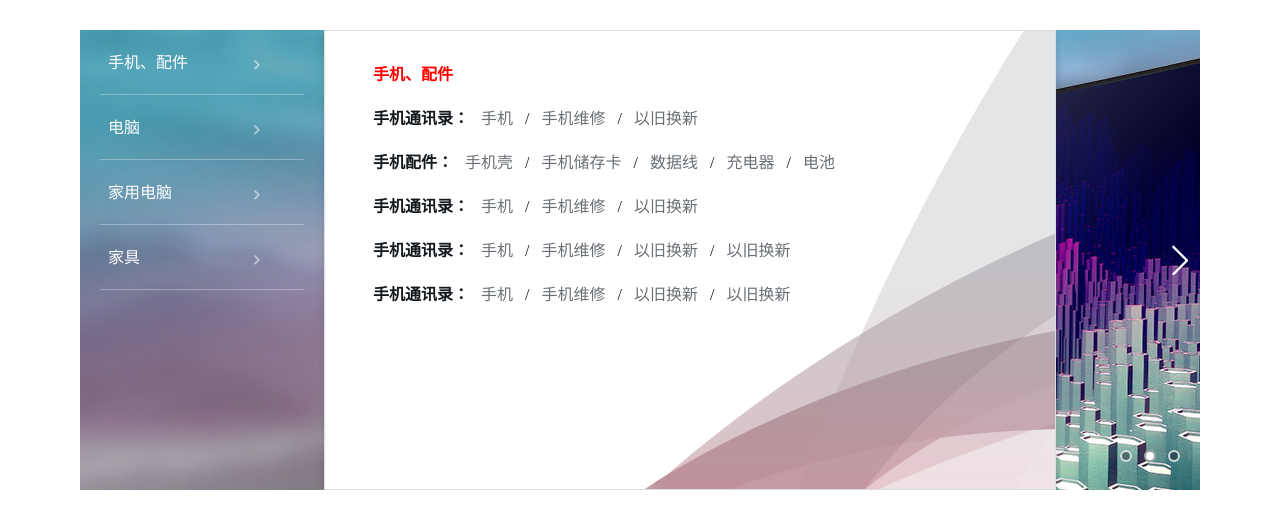
Repository: zhenzhen-gong/JSslider
Page: index.html
An editor plug-in stored every save of this project. The page is shown before and after the next save, followed by the edit.
The browser window is 1280 px wide. The pictures show the whole page.

Above is the page before, as saved 2020-06-06 19:03:38.

### index.html
<!DOCTYPE html>
<html lang="en">

<head>
    <meta charset="UTF-8">
    <meta name="viewport" content="width=device-width, initial-scale=1.0">
    <title>JS实现轮播图</title>
    <link rel="stylesheet" href="style.css">
    <script src="js.js"></script>
</head>

<body>
    <div class="main" id="main">
        <!-- 导航栏 -->
        <div class="menu-box">
            <div class="menu-title">
                <a href="#">
                    <span class="text">手机、配件</span><span class="ico">&#xe665;</span>
                </a>
            </div>
            <div class="menu-title">
                <a href="#">
                    <span class="text">电脑</span><span class="ico">&#xe665;</span>
                </a>
            </div>
            <div class="menu-title">
                 <a href="#">
                    <span class="text">家用电脑</span><span class="ico">&#xe665;</span>
                </a>
            </div>
            <div class="menu-title">
                <a href="#">
                    <span class="text">家具</span><span class="ico">&#xe665;</span>
                </a>
            </div>
        </div>
        <!-- 子菜单 -->
        <div class="menu-content">
            <!-- 每个一级menu对应的内容 -->
            <div class="content-box">
                <h4>手机、配件</h4>
                <ul>
                    <li>
                        <span class="title">手机通讯录：</span>
                        <a href="#">手机</a>
                        <span>/</span>
                        <a href="#">手机维修</a>
                        <span>/</span>
                        <a href="#">以旧换新</a>
                    </li>
                    <li>
                        <span class="title">手机配件：</span>
                        <a href="#">手机壳</a>
                        <span>/</span>
                        <a href="#">手机储存卡</a>
                        <span>/</span>
                        <a href="#">数据线</a>
                        <span>/</span>
                        <a href="#">充电器</a>
                        <span>/</span>
                        <a href="#">电池</a>
                    </li>
                    <li>
                        <span class="title">手机通讯录：</span>
                        <a href="#">手机</a>
                        <span>/</span>
                        <a href="#">手机维修</a>
                        <span>/</span>
                        <a href="#">以旧换新</a>
                    </li>
                    <li>
                        <span class="title">手机通讯录：</span>
                        <a href="#">手机</a>
                        <span>/</span>
                        <a href="#">手机维修</a>
                        <span>/</span>
                        <a href="#">以旧换新</a>
                        <span>/</span>
                        <a href="#">以旧换新</a>
                    </li>
                    <li>
                        <span class="title">手机通讯录：</span>
                        <a href="#">手机</a>
                        <span>/</span>
                        <a href="#">手机维修</a>
                        <span>/</span>
                        <a href="#">以旧换新</a>
                        <span>/</span>
                        <a href="#">以旧换新</a>
                    </li>
                </ul>
            </div>
        </div>
        <!-- 图片轮播 -->
        <div class="slider" id="slider">
            <a href="">
                <div class="img img1 img-active"></div>
            </a>
            <a href="">
                <div class="img img2"></div>
            </a>
            <a href="">
                <div class="img img3"></div>
            </a>
        </div>
        <!-- 左右箭头 -->
        <span class="button left" id="pre"></span>
        <span class="button right" id="next"></span>
        <!-- 圆点切换 -->
        <div class="circle" id="circle">
            <span class="active"></span>
            <span></span>
            <span></span>
        </div>
        <div class="nav"></div>
        <div class="content"></div>
    </div>
</body>

</html>

### style.css
*{
    margin: 0;
    padding: 0;
}
ul{
    list-style: none;
}
@font-face {font-family: 'iconfont';
    src: url('../img/font/iconfont.eot');
    src: url('../img/font/iconfont.eot') format('embedded-opentype'),
    url('../img/font/iconfont.woff') format('woff'),
    url('../img/font/iconfont.ttf') format('truetype'),
    url('../img/font/iconfont.svg#iconfont') format('svg');
}
body{
    font-family: "微软雅黑";
    color: #14191e;
}
.main{
    position: relative;
    width: 1120px;
    height: 460px;
    margin: 30px auto;
    overflow: hidden;
}
.slider{
    position: relative;
    width: 1120px;
    height: 460px;
}
.img{
    position: absolute;
    width: 1120px;
    height: 460px;
    background-repeat: no-repeat;
    overflow: hidden;
    display: none;
}
.img1{
    background-image: url(img/bg1.jpg);
}
.img2{
    background-image: url(img/bg2.jpg);
}
.img3{
    background-image: url(img/bg3.jpg);
}
.img-active{
    display: block;
}
.button{
    position: absolute;
    width: 40px;
    height: 80px;
    left: 244px;
    top: 50%;
    margin-top: -40px;
    background:url(img/arrow.png) no-repeat center center ;
}
.button:hover{
    background-color: #333;
    opacity: 0.3;
    filter: alpha(opacity=80);/*是为了解决兼容问题，属于css3的filter属性*/
}
.right{
    left: auto;
    right: 0;
}
.left{
    transform: rotate(180deg);
}
.circle{
    position: absolute;
    right: 20px;
    bottom: 24px;
}
.circle span{
    display: inline-block;
    height: 12px;
    width: 12px;
    border-radius: 50%;
    background-color: rgba(7, 17, 27, 0.4);
    margin-left: 8px;
    box-shadow: 0 0 0 2px rgba(255, 255, 255, 0.8) inset;
    cursor: pointer;
}
.circle span.active{
    background-color: #ffffff;
    box-shadow: 0 0 0 2px rgba(7, 17, 27, 0.4) inset;
}
.menu-box{
    position: absolute;
    left: 0;
    top: 0;
    z-index: 1;
    width: 244px;
    height: 460px;
    background-color: rgba(7, 17, 27, 0.3);
}
.menu-title{
    position: relative;
    padding: 0 8px;
    margin: 0 20px;
    border-bottom: 1px solid rgba(255, 255, 255, 0.3);
    height: 64px;
    line-height: 66px;
}
.menu-title a{
    text-decoration: none;
    color: #5e5e5e;
    font-size: 16px;
    color: #ffffff;
}
.menu-title .ico{
    position: absolute;
    right: 32px;
    top: 2px;
    font-size: 30px;
    font-family: "iconfont";
    color: rgba(255, 255, 255, 0.5);
}
.menu-content{
    position: absolute;
    left: 244px;
    top: 0;
    width: 730px;
    height: 458px;
    border: 1px solid #d9dde1;
    z-index: 1;
    box-shadow: 0 4px 8px 0 rgba(0, 0, 0, 0.1);
    background: url(img/fe.png) no-repeat;
}
.content-box{
    width: 100%;
    height: 100%;
    padding: 30px 40px;
    box-sizing: border-box;
}
.content-box h4{
    color: red;
    padding-left: 8px;
}
.content-box li{
    margin-top: 20px;
    overflow: hidden;
}
.content-box a{
    text-decoration: none;
    color: rgba(7, 17, 27,0.6);
}
.content-box .title{
    font-weight: bolder;
}
.content-box span{
    padding: 0 8px;
}

### js.js
window.onload = function () {
    function byId(id){
        return typeof(id) === "string"? document.getElementById(id):id;
      }
      var index = 0,
          timer =null,
          sliders = byId("slider").getElementsByTagName("div"),
          circles = byId("circle").getElementsByTagName("span"),
          len = sliders.length,
          pre = byId("pre"),
          next = byId("next")

     function imgSlider(){
         var main = byId("slider")
        //   鼠标移动到图片上方，图片停止切换
        main.onmouseover = function(){
          if(timer) clearInterval(timer)
        }
        // 鼠标移出图片区域时，图片继续滑动
        main.onmouseout = function(){
            timer = setInterval(function(){
                index++;
                if(index>=len){
                    index = 0;
                }
                // 切换图片
                changeImg()
            }, 3000);
        }
        main.onmouseout();
        //点击圆点切换图片
        // 1、找到所有圆点  并为每个圆点绑定click事件
        for(let i = 0;i<len;i++){
            circles[i].id = i
            circles[i].onclick = function(){
               index = i
                //2、调用切换图片的函数
            changeImg()
            }
        }
        // 给左右箭头绑定点击事件
        next.onclick = function(){
            index++;
            if(index>=len) index=0
            changeImg()
        }
        pre.onclick = function(){
            index--;
            if(index<0) index = len - 1
            changeImg()
        }
     }
     function changeImg(){
         // 当前图片的display属性为block，其他为none；
         for (let i = 0;i<len;i++){
             sliders[i].style.display = "none"
             circles[i].className = " " //清除所有小圆点上的类，在当前小圆点上增加active类名  实现点击哪个小圆点，那个小圆点的样式改变
         }
         sliders[index].style.display = "block"
         circles[index].className = "active"
     }
     imgSlider()
}

After the next save:
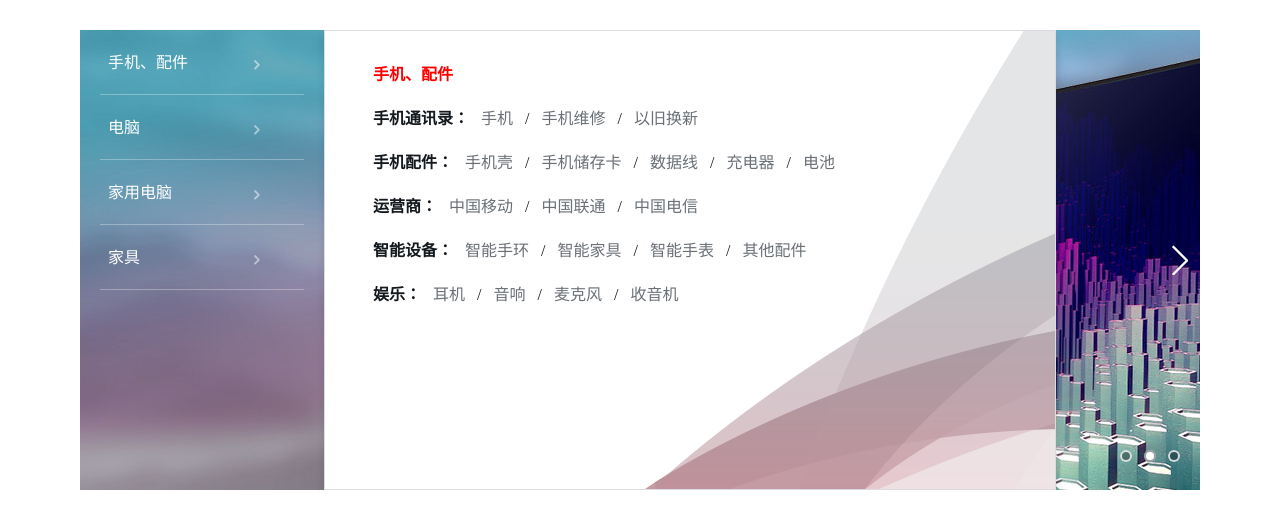
Saved 2 min 55 s later.
--- a/index.html
+++ b/index.html
@@ -61,32 +61,32 @@
                         <a href="#">电池</a>
                     </li>
                     <li>
-                        <span class="title">手机通讯录：</span>
-                        <a href="#">手机</a>
+                        <span class="title">运营商：</span>
+                        <a href="#">中国移动</a>
                         <span>/</span>
-                        <a href="#">手机维修</a>
+                        <a href="#">中国联通</a>
                         <span>/</span>
-                        <a href="#">以旧换新</a>
+                        <a href="#">中国电信</a>
                     </li>
                     <li>
-                        <span class="title">手机通讯录：</span>
-                        <a href="#">手机</a>
+                        <span class="title">智能设备：</span>
+                        <a href="#">智能手环</a>
                         <span>/</span>
-                        <a href="#">手机维修</a>
+                        <a href="#">智能家具</a>
                         <span>/</span>
-                        <a href="#">以旧换新</a>
+                        <a href="#">智能手表</a>
                         <span>/</span>
-                        <a href="#">以旧换新</a>
+                        <a href="#">其他配件</a>
                     </li>
                     <li>
-                        <span class="title">手机通讯录：</span>
-                        <a href="#">手机</a>
+                        <span class="title">娱乐：</span>
+                        <a href="#">耳机</a>
                         <span>/</span>
-                        <a href="#">手机维修</a>
+                        <a href="#">音响</a>
                         <span>/</span>
-                        <a href="#">以旧换新</a>
+                        <a href="#">麦克风</a>
                         <span>/</span>
-                        <a href="#">以旧换新</a>
+                        <a href="#">收音机</a>
                     </li>
                 </ul>
             </div>
